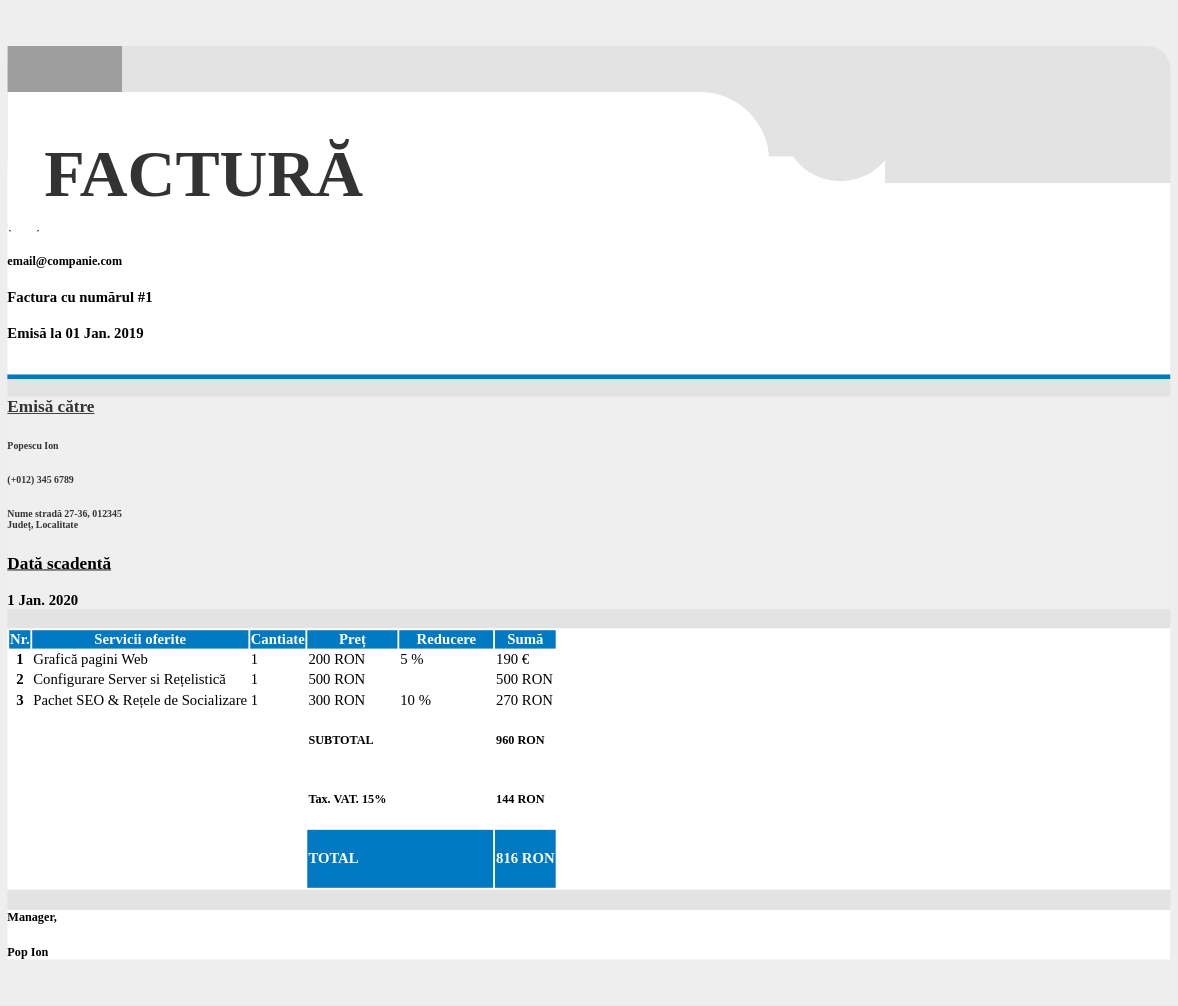
Repository: MrVanQish/FacturaEstructura
Page: index.html
An editor plug-in stored every save of this project. The page is shown before and after the next save, followed by the edit.
The browser window is 1280 px wide. The pictures show the whole page, at 92% of full size.
Pictures or frames that could not be fetched are drawn as grey boxes.

Above is the page before, as saved 2021-09-29 10:43:46.

After the next save:
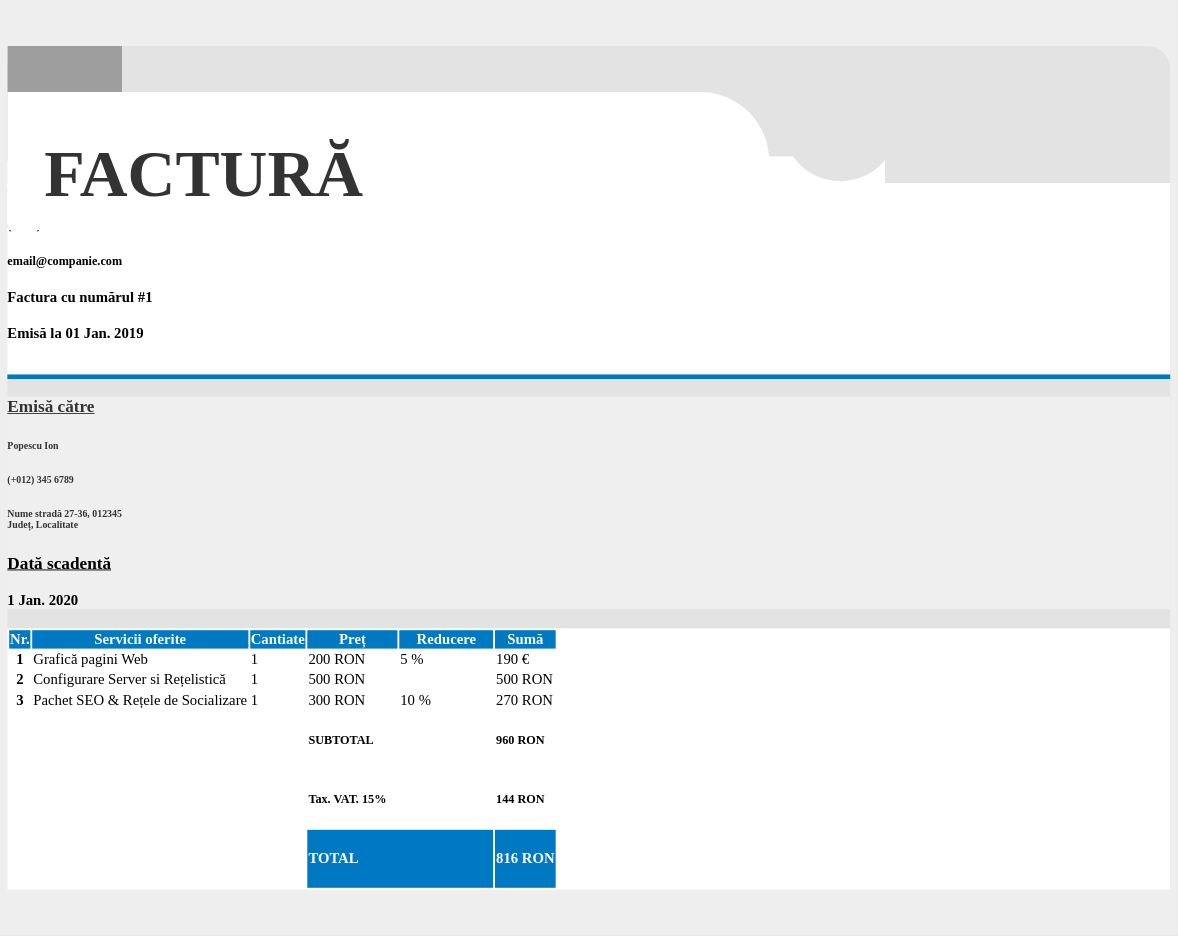
Saved 7 s later.
--- a/index.html
+++ b/index.html
@@ -104,12 +104,6 @@
           </table>
         </div>
 
-        <div class="row p-5 background">
-          <div class="col-4">
-            <h5><strong>Manager,</strong></h5>
-            <h5>Pop Ion</h5>
-          </div>
-        </div>
 
       </div>
 
